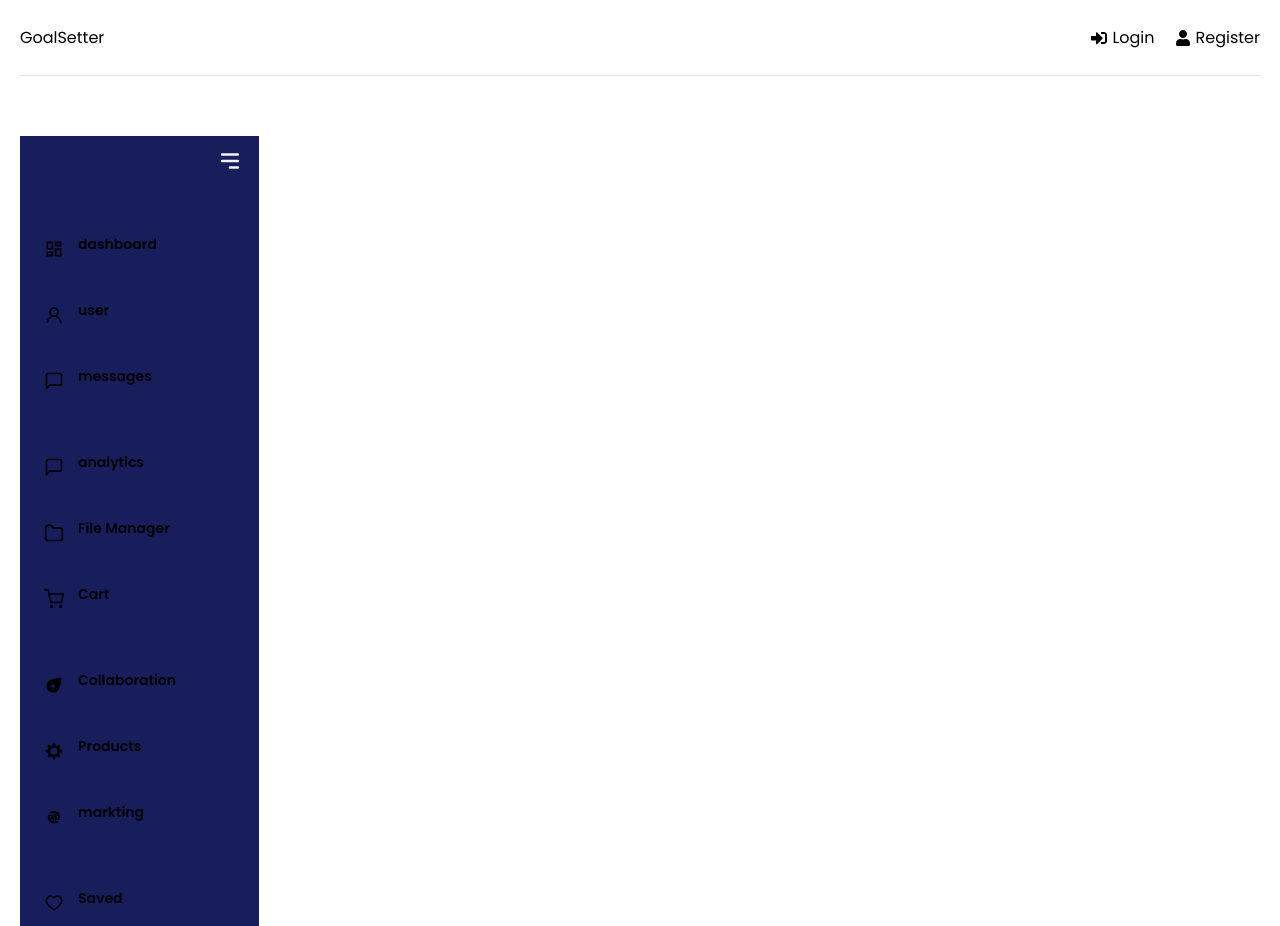
Repository: OmniaRafat232111121/DashboardTailwind
Page: /
An editor plug-in stored every save of this project. The page is shown before and after the next save, followed by the edit.
The browser window is 1280 px wide. The pictures show the whole page.
The project was rebuilt for these pictures with package versions that can differ from the ones it lists, and the page was loaded fresh each time. Also part of the build but not shown: src/components/Spinner.jsx, src/pages/Login.jsx, src/pages/Register.jsx.

Above is the page before, as saved 2023-01-26 19:24:24.

### src/index.css
@import url('https://fonts.googleapis.com/css2?family=Poppins:wght@300;400;600;700&display=swap');

@tailwind base;
@tailwind components;
@tailwind utilities;

* {
  margin: 0;
  padding: 0;
  box-sizing: border-box;
}

body {
  font-family: 'Poppins', sans-serif;
  height: 100vh;
}

a {
  text-decoration: none;
  color: #000;
}

p {
  line-height: 1.7;
}

ul {
  list-style: none;
}

li {
  line-height: 2.2;
}

h1,
h2,
h3 {
  font-weight: 600;
  margin-bottom: 10px;
}

.container {
  width: 100%;

  margin: 0 auto;
  padding: 0 20px;
  text-align: center;
}

.header {
  display: flex;
  justify-content: space-between;
  align-items: center;
  padding: 20px 0;
  border-bottom: 1px solid #e6e6e6;
  margin-bottom: 60px;
}

.header ul {
  display: flex;
  align-items: center;
  justify-content: space-between;
}

.header ul li {
  margin-left: 20px;
}

.header ul li a {
  display: flex;
  align-items: center;
}

.header ul li a:hover {
  color: #777;
}

.header ul li a svg {
  margin-right: 5px;
}

.heading {
  font-size: 2rem;
  font-weight: 700;
  margin-bottom: 50px;
  padding: 0 20px;
}

.heading p {
  color: #828282;
}

.goals {
  display: grid;
  grid-template-columns: repeat(2, 1fr);
  gap: 10px;
}

.goal {
  background-color: #f4f4f4;
  margin: 10px 0;
  padding: 20px 0 10px;
  position: relative;
}

.goal .close {
  position: absolute;
  top: 10px;
  right: 15px;
  cursor: pointer;
  border: none;
  background: none;
}

.form,
.content {
  width: 70%;
  margin: 0 auto;
}

.form-group {
  margin-bottom: 10px;
}

.form-group input,
.form-group textarea,
.form-group select {
  width: 100%;
  padding: 10px;
  border: 1px solid #e6e6e6;
  border-radius: 5px;
  margin-bottom: 10px;
  font-family: inherit;
}

.form-group label {
  text-align: left;
  display: block;
  margin: 0 0 5px 3px;
}

.btn {
  padding: 10px 20px;
  border: 1px solid rgb(26, 3, 159);
  border-radius: 5px;
  background:rgb(26, 3, 159);
  color: #fff;
  font-size: 16px;
  font-weight: 700;
  cursor: pointer;
  text-align: center;
  appearance: button;
  display: flex;
  align-items: center;
  justify-content: center;
}

.btn svg {
  margin-right: 8px;
}

.btn-reverse {
  background: #fff;
  color: #000;
}

.btn-block {
  width: 100%;
  margin-bottom: 20px;
}

.btn:hover {
  transform: scale(0.98);
}

.loadingSpinnerContainer {
  position: fixed;
  top: 0;
  right: 0;
  bottom: 0;
  left: 0;
  background-color: rgb(69, 48, 183);
  z-index: 5000;
  display: flex;
  justify-content: center;
  align-items: center;
}

.loadingSpinner {
  width: 64px;
  height: 64px;
  border: 8px solid;
  border-color: blue transparent #555 transparent;
  border-radius: 50%;
  animation: spin 1.2s linear infinite;
}

@keyframes spin {
  0% {
    transform: rotate(0deg);
  }
  100% {
    transform: rotate(360deg);
  }
}

@media (max-width: 600px) {
  .form {
    width: 90%;
  }

  .heading h1 {
    font-size: 2rem;
  }

  .heading p {
    font-size: 1.5rem;
  }
}

### src/App.js
import { BrowserRouter as Router, Routes, Route } from 'react-router-dom'
import { ToastContainer } from 'react-toastify'
import 'react-toastify/dist/ReactToastify.css'
import Header from './components/Header'
import Dashboard from './pages/Dashboard'
import Login from './pages/Login'
import Register from './pages/Register'
import { useEffect} from 'react'
import { useSelector } from 'react-redux'
function App() {
const isAuth = useSelector(state => state?.authSlice?.user?.isAuth)
  return (
    <>
      <Router>
        <div className='container'>
          <Header />
          <Routes>
            <Route path='/' element={<Dashboard />} />
            <Route path='/login' element={<Login />} />
            <Route path='/register' element={<Register />} />


          </Routes>
        </div>
      </Router>
      <ToastContainer />





    </>
  )
}

export default App

### src/app/store.js
import { configureStore } from '@reduxjs/toolkit'
import authReducer from '../features/auth/authSlice'

export const store = configureStore({
  reducer: {
    auth: authReducer,

  },
})

### src/components/Header.jsx
import { FaSignInAlt, FaSignOutAlt, FaUser } from 'react-icons/fa'
import { Link, useNavigate } from 'react-router-dom'
import { useSelector, useDispatch } from 'react-redux'
import { logout, reset } from '../features/auth/authSlice'

function Header() {
  const navigate = useNavigate()
  const dispatch = useDispatch()
  const { user } = useSelector((state) => state.auth)

  const onLogout = () => {
    dispatch(logout())
    dispatch(reset())
    navigate('/')
  }

  return (
    <header className='header'>
      <div className='logo'>
        <Link to='/'>GoalSetter</Link>
      </div>
      <ul>
        {user ? (
          <li>
            <button className='btn' onClick={onLogout}>
              <FaSignOutAlt /> Logout
            </button>
          </li>
        ) : (
          <>
            <li>
              <Link to='/login'>
                <FaSignInAlt /> Login
              </Link>
            </li>
            <li>
              <Link to='/register'>
                <FaUser /> Register
              </Link>
            </li>
          </>
        )}
      </ul>
    </header>
  )
}

export default Header

### src/pages/Dashboard.jsx
import React, { useState } from 'react'
import { HiMenuAlt3 } from 'react-icons/hi'
import { MdOutlineDashboard } from 'react-icons/md'
import { AiOutlineUser, AiOutlineHeart } from 'react-icons/ai'
import { FiMessageSquare, FiFolder, FiShoppingCart } from 'react-icons/fi'
import {DiAptana,DiClojureAlt,DiCompass} from 'react-icons/di'
import { Link } from 'react-router-dom'

const Dashboard = () => {

  const menus = [
    { name: 'dashboard', link: "/", icon: MdOutlineDashboard },
    { name: 'user', link: "/user", icon: AiOutlineUser },
    { name: 'messages', link: "/message", icon: FiMessageSquare },
    { name: 'analytics', link: "/analysis", icon: FiMessageSquare, margin: true },
    { name: 'File Manager', link: "/fileManager", icon: FiFolder },
    { name: 'Cart', link: "/cart", icon: FiShoppingCart },
    { name: 'Collaboration', icon: DiCompass, margin: true },
    { name: 'Products', icon: DiAptana },
    { name: 'markting', icon: DiClojureAlt },
    { name: 'Saved', icon: AiOutlineHeart, margin: true },

  ];
    const [open, setOpen] = useState(true)
  return (
    <div className='flex'>

    <div
        className={`bg-[#181d5b] min-h-screen ${open ? "w-72" : "w-16"
          } duration-500 text-gray-100 px-4`}
      >
        <div className="py-3 flex justify-end">
          <HiMenuAlt3
            size={26}
            className="cursor-pointer"
            onClick={() => setOpen(!open)}
          />
        </div>
        <div className="mt-10 flex flex-col  gap-5 relative">
          {menus?.map((menu, i) => (
            <Link
              to={menu?.link}
              key={i}
              className={` ${menu?.margin && "mt-5"
                } group flex items-center text-sm  gap-3.5 font-medium p-2 hover:bg-gray-800 rounded-md`}
            >
              <div>{React.createElement(menu?.icon, { size: "20" })}</div>
              <h2
                style={{
                  transitionDelay: `${i + 3}00ms`,
                }}
                className={`whitespace-pre duration-500 ${!open && "opacity-0 translate-x-28 overflow-hidden"
                  }`}
              >
                {menu?.name}
              </h2>
              <h2
                className={`${open && "hidden"
                  } absolute left-48 bg-white font-semibold whitespace-pre text-gray-900 rounded-md drop-shadow-lg px-0 py-0 w-0 overflow-hidden group-hover:px-2 group-hover:py-1 group-hover:left-14 group-hover:duration-300 group-hover:w-fit  `}
              >
                {menu?.name}
              </h2>
            </Link>
          ))}
        </div>
      </div>

      <div className="w-full  text-xl text-gray-900 font-semibold">

      </div>
    </div>
  )
}

export default Dashboard

### src/features/auth/authSlice.js
import { createSlice, createAsyncThunk } from '@reduxjs/toolkit'
import authService from './authService'

// Get user from localStorage
const user = JSON.parse(localStorage.getItem('user'))

const initialState = {
  user: user ? user : null,
  isError: false,
  isSuccess: false,
  isLoading: false,
  message: '',
}

// Register user
export const register = createAsyncThunk(
  'auth/register',
  async (user, thunkAPI) => {
    try {
      return await authService.register(user)
    } catch (error) {
      const message =
        (error.response &&
          error.response.data &&
          error.response.data.message) ||
        error.message ||
        error.toString()
      return thunkAPI.rejectWithValue(message)
    }
  }
)

// Login user
export const login = createAsyncThunk('auth/login', async (user, thunkAPI) => {
  try {
    return await authService.login(user)
  } catch (error) {
    const message =
      (error.response && error.response.data && error.response.data.message) ||
      error.message ||
      error.toString()
    return thunkAPI.rejectWithValue(message)
  }
})

export const logout = createAsyncThunk('auth/logout', async () => {
  await authService.logout()
})

export const authSlice = createSlice({
  name: 'auth',
  initialState,
  reducers: {
    reset: (state) => {
      state.isLoading = false
      state.isSuccess = false
      state.isError = false
      state.message = ''
    },
  },
  extraReducers: (builder) => {
    builder
      .addCase(register.pending, (state) => {
        state.isLoading = true
      })
      .addCase(register.fulfilled, (state, action) => {
        state.isLoading = false
        state.isSuccess = true
        state.user = action.payload
      })
      .addCase(register.rejected, (state, action) => {
        state.isLoading = false
        state.isError = true
        state.message = action.payload
        state.user = null
      })
      .addCase(login.pending, (state) => {
        state.isLoading = true
      })
      .addCase(login.fulfilled, (state, action) => {
        state.isLoading = false
        state.isSuccess = true
        state.user = action.payload
      })
      .addCase(login.rejected, (state, action) => {
        state.isLoading = false
        state.isError = true
        state.message = action.payload
        state.user = null
      })
      .addCase(logout.fulfilled, (state) => {
        state.user = null
      })
  },
})

export const { reset } = authSlice.actions
export default authSlice.reducer

### src/features/auth/authService.js
import axios from 'axios'

const API_URL1 = 'https://reqres.in/api/register'

// Register user
const register = async (userData) => {
  const response = await axios.post(API_URL1, userData)

  if (response.data) {
    localStorage.setItem('user', JSON.stringify(response.data))
  }

  return response.data
}

const API_URL = 'https://reqres.in/api/login/'
 //Login user
const login = async (userData) => {
  const response = await axios.post(API_URL , userData)

  if (response.data) {
    localStorage.setItem('user', JSON.stringify(response.data))
  }

  return response.data
}

// Logout user
const logout = () => {
  localStorage.removeItem('user')
}

const authService = {
  register,
  logout,
  login,
}

export default authService

Loaded but not shown: public/index.html (common file); src/index.js (common file); tailwind.config.js (common file)

After the next save:
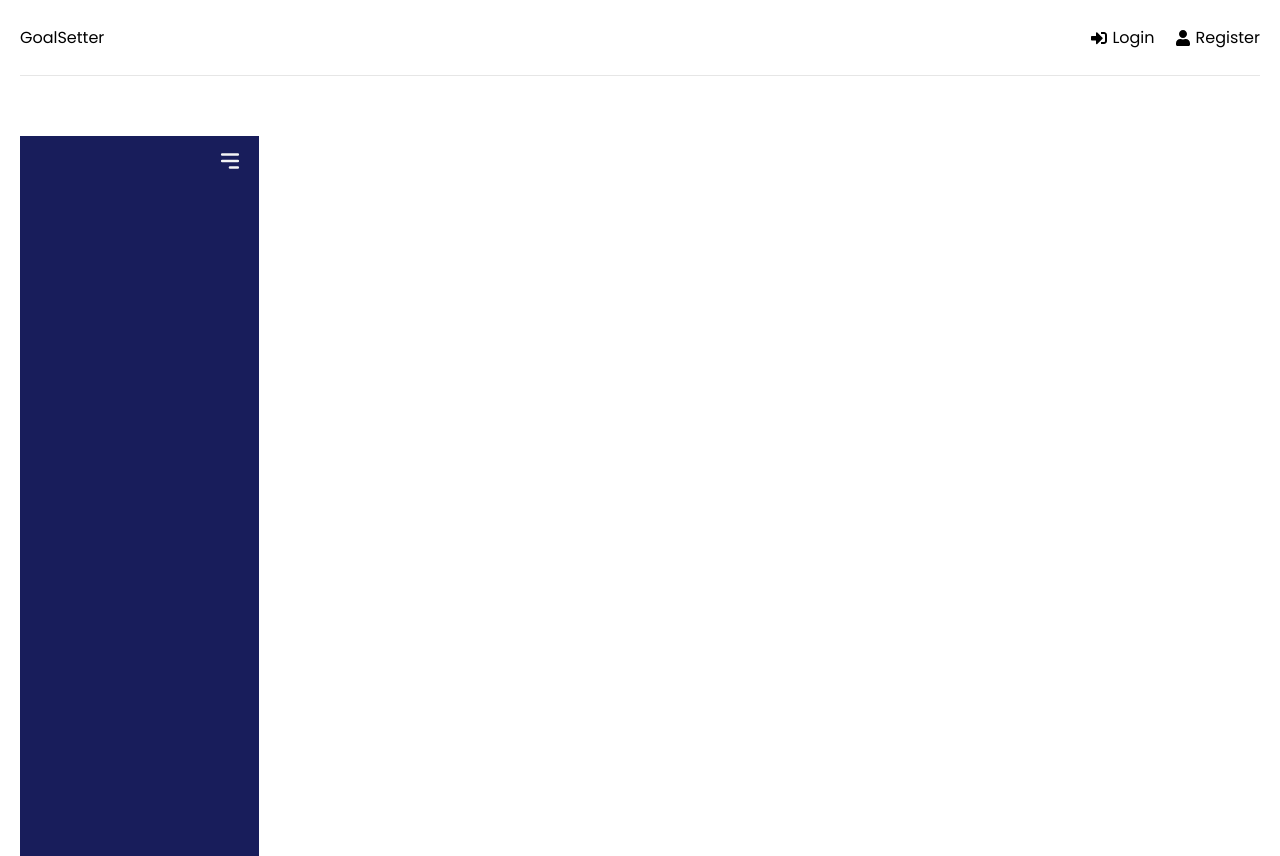
Saved 33 s later.
--- a/src/pages/Dashboard.jsx
+++ b/src/pages/Dashboard.jsx
@@ -37,31 +37,7 @@
           />
         </div>
         <div className="mt-10 flex flex-col  gap-5 relative">
-          {menus?.map((menu, i) => (
-            <Link
-              to={menu?.link}
-              key={i}
-              className={` ${menu?.margin && "mt-5"
-                } group flex items-center text-sm  gap-3.5 font-medium p-2 hover:bg-gray-800 rounded-md`}
-            >
-              <div>{React.createElement(menu?.icon, { size: "20" })}</div>
-              <h2
-                style={{
-                  transitionDelay: `${i + 3}00ms`,
-                }}
-                className={`whitespace-pre duration-500 ${!open && "opacity-0 translate-x-28 overflow-hidden"
-                  }`}
-              >
-                {menu?.name}
-              </h2>
-              <h2
-                className={`${open && "hidden"
-                  } absolute left-48 bg-white font-semibold whitespace-pre text-gray-900 rounded-md drop-shadow-lg px-0 py-0 w-0 overflow-hidden group-hover:px-2 group-hover:py-1 group-hover:left-14 group-hover:duration-300 group-hover:w-fit  `}
-              >
-                {menu?.name}
-              </h2>
-            </Link>
-          ))}
+
         </div>
       </div>
 

After the save that followed:
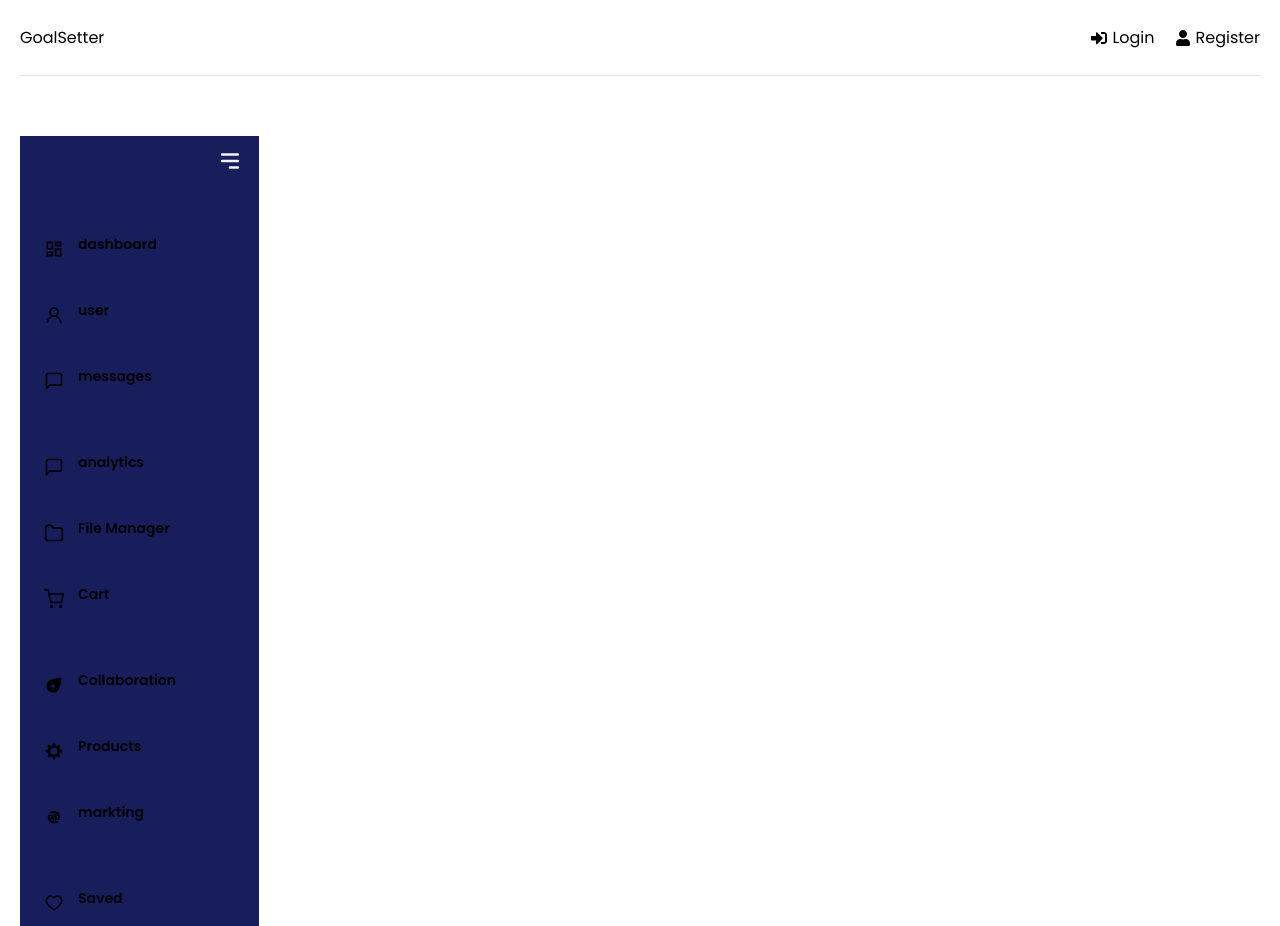
Saved 14 s later.
--- a/src/pages/Dashboard.jsx
+++ b/src/pages/Dashboard.jsx
@@ -37,7 +37,31 @@
           />
         </div>
         <div className="mt-10 flex flex-col  gap-5 relative">
-
+          {menus?.map((menu, i) => (
+            <Link
+              to={menu?.link}
+              key={i}
+              className={` ${menu?.margin && "mt-5"
+                } group flex items-center text-sm  gap-3.5 font-medium p-2 hover:bg-gray-800 rounded-md`}
+            >
+              <div>{React.createElement(menu?.icon, { size: "20" })}</div>
+              <h2
+                style={{
+                  transitionDelay: `${i + 3}00ms`,
+                }}
+                className={`whitespace-pre duration-500 ${!open && "opacity-0 translate-x-28 overflow-hidden"
+                  }`}
+              >
+                {menu?.name}
+              </h2>
+              <h2
+                className={`${open && "hidden"
+                  } absolute left-48 bg-white font-semibold whitespace-pre text-gray-900 rounded-md drop-shadow-lg px-0 py-0 w-0 overflow-hidden group-hover:px-2 group-hover:py-1 group-hover:left-14 group-hover:duration-300 group-hover:w-fit  `}
+              >
+                {menu?.name}
+              </h2>
+            </Link>
+          ))}
         </div>
       </div>
 
